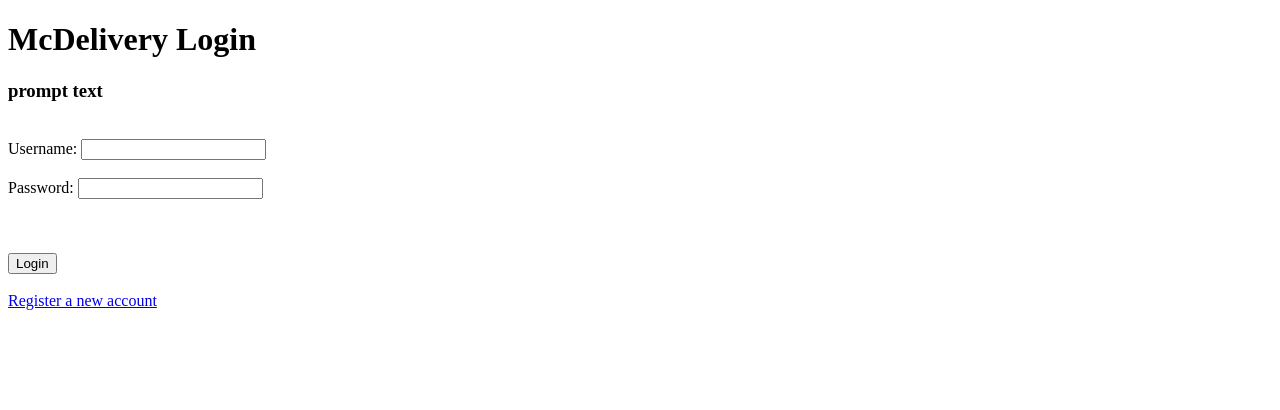
Repository: Jeck97/Mcdonald-Delivery-System
Page: http://localhost/McDelivery/login/loginForm.jsp
The author's editor kept a copy of each file at every save. The page is drawn from the files as they stood at one save, then again after the next save.
The browser window is 1280 px wide. The pictures show the whole page.
The page is served by Tomcat 9.

Above is the page before, as saved 2020-07-10 07:30:12.

After the next save:
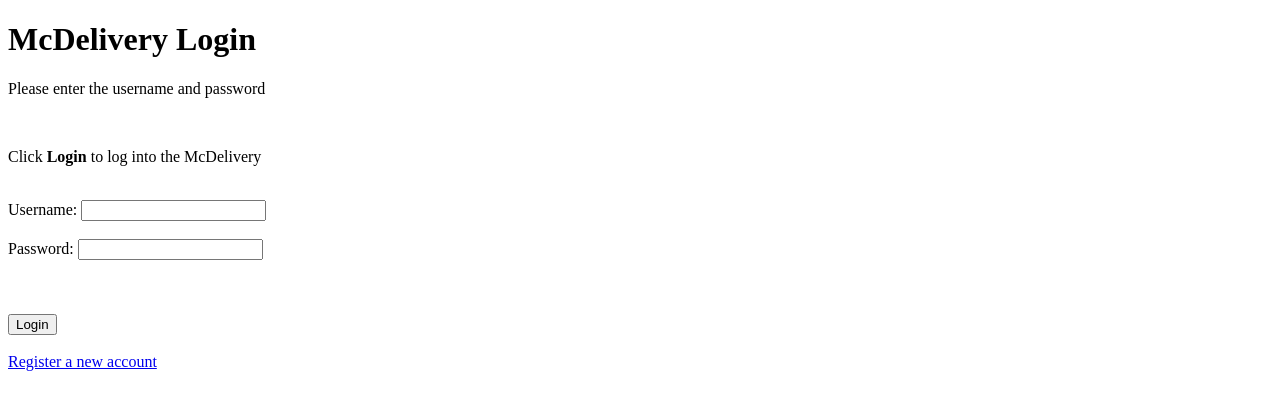
Saved 3 min 2 s later.
--- a/McDelivery/WebContent/login/loginForm.jsp
+++ b/McDelivery/WebContent/login/loginForm.jsp
@@ -10,7 +10,9 @@
 
 	<h1>McDelivery Login</h1>
 
-	<h3>prompt text</h3>
+	<p>Please enter the username and password<p><br>
+	<p>Click <b>Login</b> to log into the McDelivery</p>
+
 
 	<form action="loginServlet" method="post">
 
